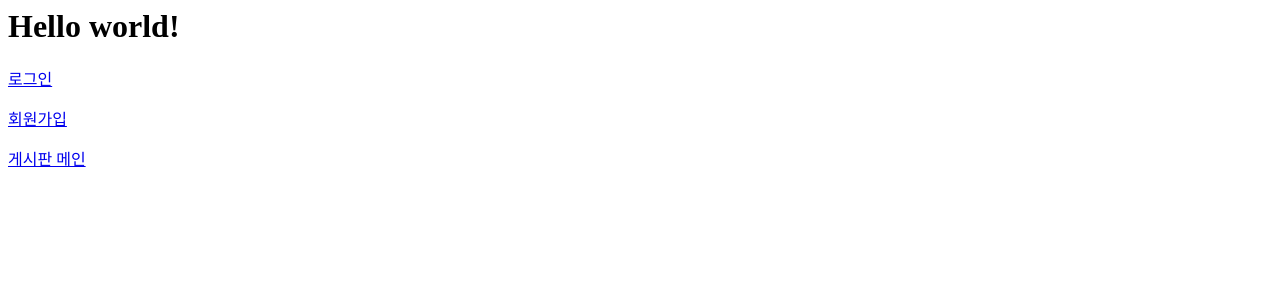
Repository: HJCroCat/project4
Page: http://localhost/koravle/
The author's editor kept a copy of each file at every save. The page is drawn from the files as they stood at one save, then again after the next save.
The browser window is 1280 px wide. The pictures show the whole page.
The page is served by Tomcat 9. Nobody is signed in. The application's start-up code is not run. Other server files are loaded and not shown.

Above is the page before, as saved 2021-12-15 02:37:03.

### koravle/koravle/src/main/webapp/index.jsp
<%@ page language="java" contentType="text/html; charset=UTF-8"
    pageEncoding="UTF-8"%>

<html>
<head>
	<title>Home</title>
</head>
<body>
<h1>
	Hello world!
</h1>

<p> <a href='user/userLogin.do'>로그인</a> </p>
<p> <a href='user/userJoin.do'>회원가입</a></p>

<p> <a href="getboardList.do">게시판 메인</a>


</body>
</html>

After the next save:
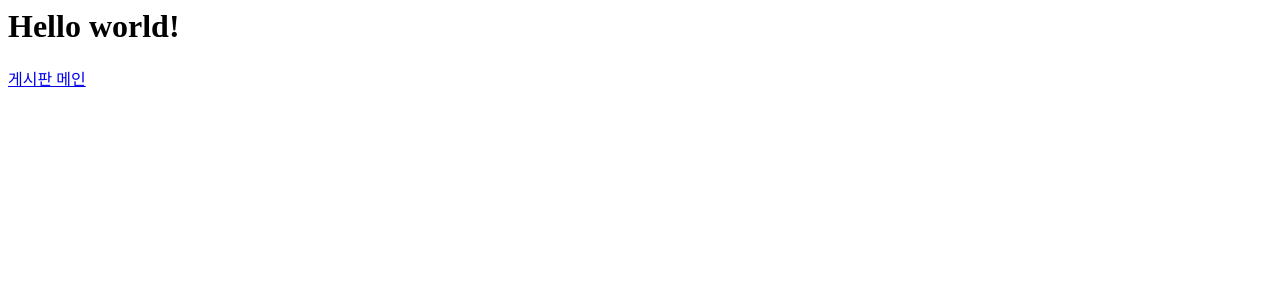
Saved 4 s later.
--- a/koravle/koravle/src/main/webapp/index.jsp
+++ b/koravle/koravle/src/main/webapp/index.jsp
@@ -10,8 +10,6 @@
 	Hello world!
 </h1>
 
-<p> <a href='user/userLogin.do'>로그인</a> </p>
-<p> <a href='user/userJoin.do'>회원가입</a></p>
 
 <p> <a href="getboardList.do">게시판 메인</a>
 
